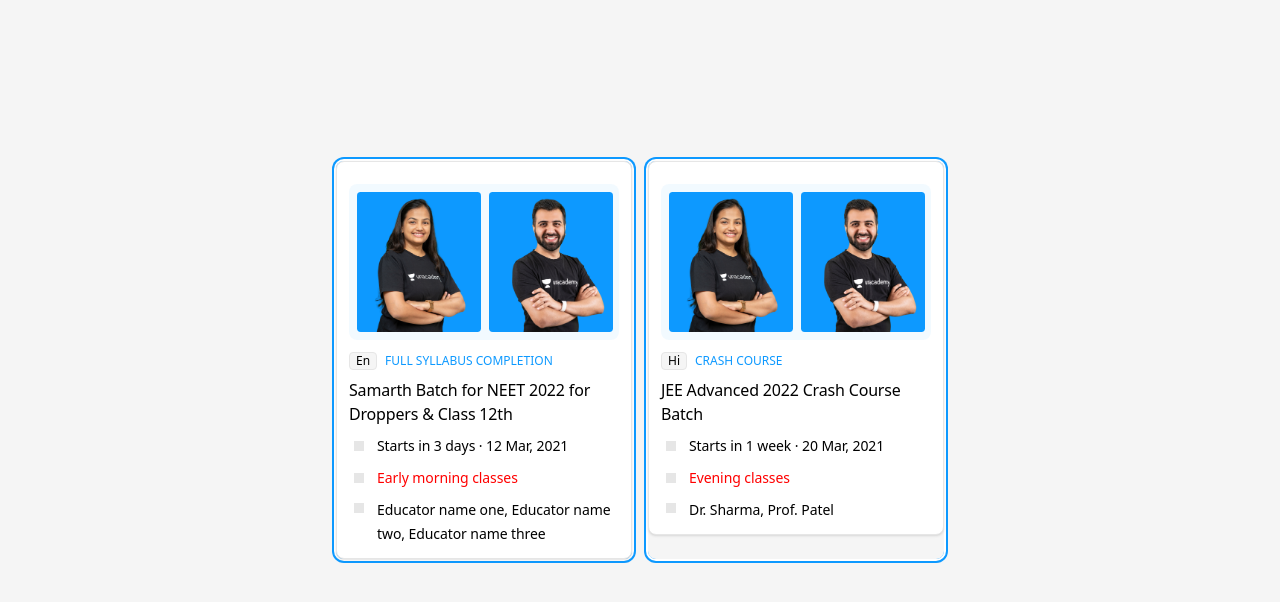
Repository: vignesh33654/resizablesidebar
Page: /
These files come from the project's save history. The page is drawn as it stood at one moment and after a run of saves; the edit follows.
The browser window is 1280 px wide. The pictures show the whole page.
The project was rebuilt for these pictures with package versions that can differ from the ones it lists, and the page was loaded fresh each time.

Above is the page before, as saved 2025-11-11 13:06:55.

### index.html
<!doctype html>
<html lang="en">
  <head>
    <meta charset="UTF-8" />
    <link rel="icon" type="image/svg+xml" href="/vite.svg" />
    <meta name="viewport" content="width=device-width, initial-scale=1.0" />
    <title>ai-app</title>
  </head>
  <body>
    <div id="root"></div>
    <script type="module" src="/src/main.tsx"></script>
  </body>
</html>

### src/index.css
@import "tailwindcss";

@theme {

  --font-display: "inter";

  /* Colors */
  --color-default: #37352f;
  --color-secondary: #ff0000;
  --color-tertiary: #ff00ff;
  --color-disabled: #d5d5d4;
  --color-white: #ffffff;
  --color-primary: #0d99ff;
  --color-success: #14ae5c;
  --color-failure: #f24822;
  --color-warning: #ffcd29;
  --color-Bg-0: #ffffff;
  --color-Bg-1: #f5f5f5;
  --color-Bg-2: #f1f0f1;
  --color-border-primary:#e6e6e6;

  /*text sizes*/
--text-h1: 30px;
--text-h2: 24px;
--text-h3: 20px;
--text-body-16: 16px;
--text-body-14: 14px;
--text-body-13: 13px;
--text-small-12: 12px;
--text-small-11: 11px;
--text-small-10: 10px;
}

@layer base {
  h1 {
    font-size: var(--text-h1);
    font-weight: 600;
    line-height: 40px;
    letter-spacing: -2.1%;
  }
  h2 {
    font-size: var(--text-h2);
    font-weight: 600;
    line-height: 32px;
    letter-spacing: -1.9%;
  }
  h3 {
    font-size: var(--text-h3);
    font-weight: 600;
    line-height: 32px;
    letter-spacing: -1.7%;
  }
  p {
    font-size: var(--text-body-16);
    font-weight: 400;
    line-height: 24px;
    letter-spacing: -1.1%;
  }

  /* Focus ring for accessibility */
  .focus-ring {
    @apply outline-none ring-2 ring-primary ring-offset-2 transition-shadow;
  }

  .focus-ring:focus-visible {
    @apply ring-2 ring-primary ring-offset-2;
  }
}

### src/App.tsx
import BatchCard from './components/BatchCard';

export default function App() {
  return (
    <div className="min-h-screen bg-Bg-1 flex items-center justify-center p-8">
      <div className="flex gap-4 flex-wrap justify-center max-w-[1200px]">
        <BatchCard
          language="En"
          topic="FULL SYLLABUS COMPLETION"
          title="Samarth Batch for NEET 2022 for Droppers & Class 12th"
          startDate="Starts in 3 days · 12 Mar, 2021"
          timing="Early morning classes"
          educators="Educator name one, Educator name two, Educator name three"
          href="#"
        />

        {/* Example with onClick instead of href */}
        <BatchCard
          language="Hi"
          topic="CRASH COURSE"
          title="JEE Advanced 2022 Crash Course Batch"
          startDate="Starts in 1 week · 20 Mar, 2021"
          timing="Evening classes"
          educators="Dr. Sharma, Prof. Patel"
          onClick={() => console.log('Batch clicked')}
        />
      </div>
    </div>
  )
}

### src/components/BatchCard.tsx
import educatorImg1 from '../assets/educator-1.png';
import educatorImg2 from '../assets/educator-2.png';
import placeholderIcon from '../assets/placeholder.svg';

export interface BatchCardProps {

  language?: string;
  topic: string;

  title: string;

  startDate: string;

  timing: string;

  educators: string;

  href?: string;  /** Optional click handler */
  onClick?: () => void;
  /** Array of educator image URLs (defaults to sample images) */
  educatorImages?: string[];
}

export default function BatchCard({
  language = "En",
  topic,
  title,
  startDate,
  timing,
  educators,
  href,
  onClick,
  educatorImages = [educatorImg1, educatorImg2],
}: BatchCardProps) {
  const CardWrapper = href ? 'a' : 'div';
  const wrapperProps = href
    ? {
        href,
        className: "block no-underline focus-ring rounded-lg transition-transform hover:scale-[1.02] active:scale-[0.98]",
        tabIndex: 0,
        'aria-label': `View batch: ${title}`
      }
    : {
        className: "block",
        ...(onClick && {
          role: "button" as const,
          tabIndex: 0,
          onClick,
          onKeyDown: (e: React.KeyboardEvent) => {
            if (e.key === 'Enter' || e.key === ' ') {
              e.preventDefault();
              onClick();
            }
          },
          'aria-label': `View batch: ${title}`,
          className: "block cursor-pointer focus-ring rounded-lg transition-transform hover:scale-[1.02] active:scale-[0.98]"
        })
      };

  return (
    <CardWrapper {...wrapperProps}>
      <article
        className="flex flex-col gap-3 p-3 bg-Bg-0 rounded-lg border border-border-primary shadow-sm w-[296px]"
        aria-label="Batch information card"
      >
        {/* Thumbnail Section */}
        <div className="flex flex-col gap-[3px] items-center">
          {/* Loading skeleton bars */}
          <div className="bg-divider h-[2px] rounded-[20px] w-[168px]" aria-hidden="true" />
          <div className="bg-divider h-[2px] rounded-[20px] w-[208px]" aria-hidden="true" />

          {/* Educator Images */}
          <div
            className="bg-primary/5 flex gap-2 p-2 rounded-lg w-full h-[156px]"
            role="img"
            aria-label={`Educators for ${title}`}
          >
            {educatorImages.slice(0, 2).map((img, idx) => (
              <div
                key={idx}
                className="bg-primary h-[140px] w-[124px] rounded-[3.676px] overflow-hidden relative shrink-0"
              >
                <img
                  src={img}
                  alt={`Educator ${idx + 1}`}
                  className="w-full h-full object-cover"
                />
              </div>
            ))}
          </div>
        </div>

        {/* Content Section */}
        <div className="flex flex-col gap-2 w-full">
          {/* Language + Topic Tag */}
          <div className="flex gap-2 items-center">
            <span
              className="bg-neutral-100 border border-border-primary text-text-primary text-small-12 leading-4 px-1.5 py-0.5 rounded inline-flex items-center justify-center h-[18px] min-w-[26px]"
              aria-label={`Language: ${language}`}
            >
              {language}
            </span>
            <span
              className="text-primary text-small-12 leading-4 font-normal flex-1 min-w-0"
              aria-label={`Topic: ${topic}`}
            >
              {topic}
            </span>
          </div>

          {/* Meta Information */}
          <div className="flex flex-col gap-2">
            {/* Title */}
            <h3 className="text-text-primary text-body-16 leading-6 font-normal tracking-[-0.011em] m-0">
              {title}
            </h3>

            {/* Start Date */}
            <div className="flex gap-2 items-center">
              <div className="image-placeholder w-5 h-5 shrink-0" aria-hidden="true">
                <img src={placeholderIcon} alt="" className="w-full h-full" />
              </div>
              <p className="text-text-secondary text-body-14 leading-6 font-normal tracking-[-0.006em] flex-1 min-w-0 m-0">
                {startDate}
              </p>
            </div>

            {/* Timing */}
            <div className="flex gap-2 items-center">
              <div className="image-placeholder w-5 h-5 shrink-0" aria-hidden="true">
                <img src={placeholderIcon} alt="" className="w-full h-full" />
              </div>
              <p className="text-secondary text-body-14 leading-6 font-normal tracking-[-0.006em] flex-1 min-w-0 m-0">
                {timing}
              </p>
            </div>

            {/* Educators */}
            <div className="flex gap-2 items-start">
              <div className="image-placeholder w-5 h-5 shrink-0" aria-hidden="true">
                <img src={placeholderIcon} alt="" className="w-full h-full" />
              </div>
              <p className="text-text-secondary text-body-14 leading-6 font-normal tracking-[-0.006em] flex-1 min-w-0 m-0">
                {educators}
              </p>
            </div>
          </div>
        </div>
      </article>
    </CardWrapper>
  );
}

Loaded but not shown: src/main.tsx (common file)

After the next 3 saves:
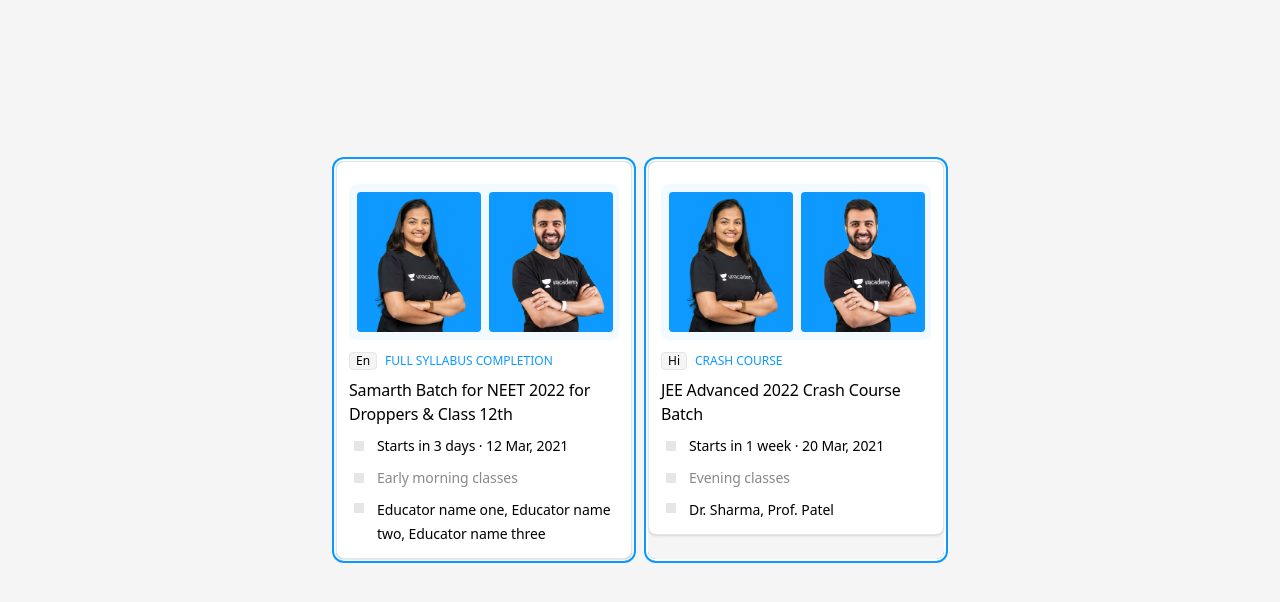
The 3 saves are shown as one change because they came seconds apart.
The last was saved 23 s later.
--- a/src/index.css
+++ b/src/index.css
@@ -6,7 +6,7 @@
 
   /* Colors */
   --color-default: #37352f;
-  --color-secondary: #ff0000;
+  --color-secondary: #898986;
   --color-tertiary: #ff00ff;
   --color-disabled: #d5d5d4;
   --color-white: #ffffff;
